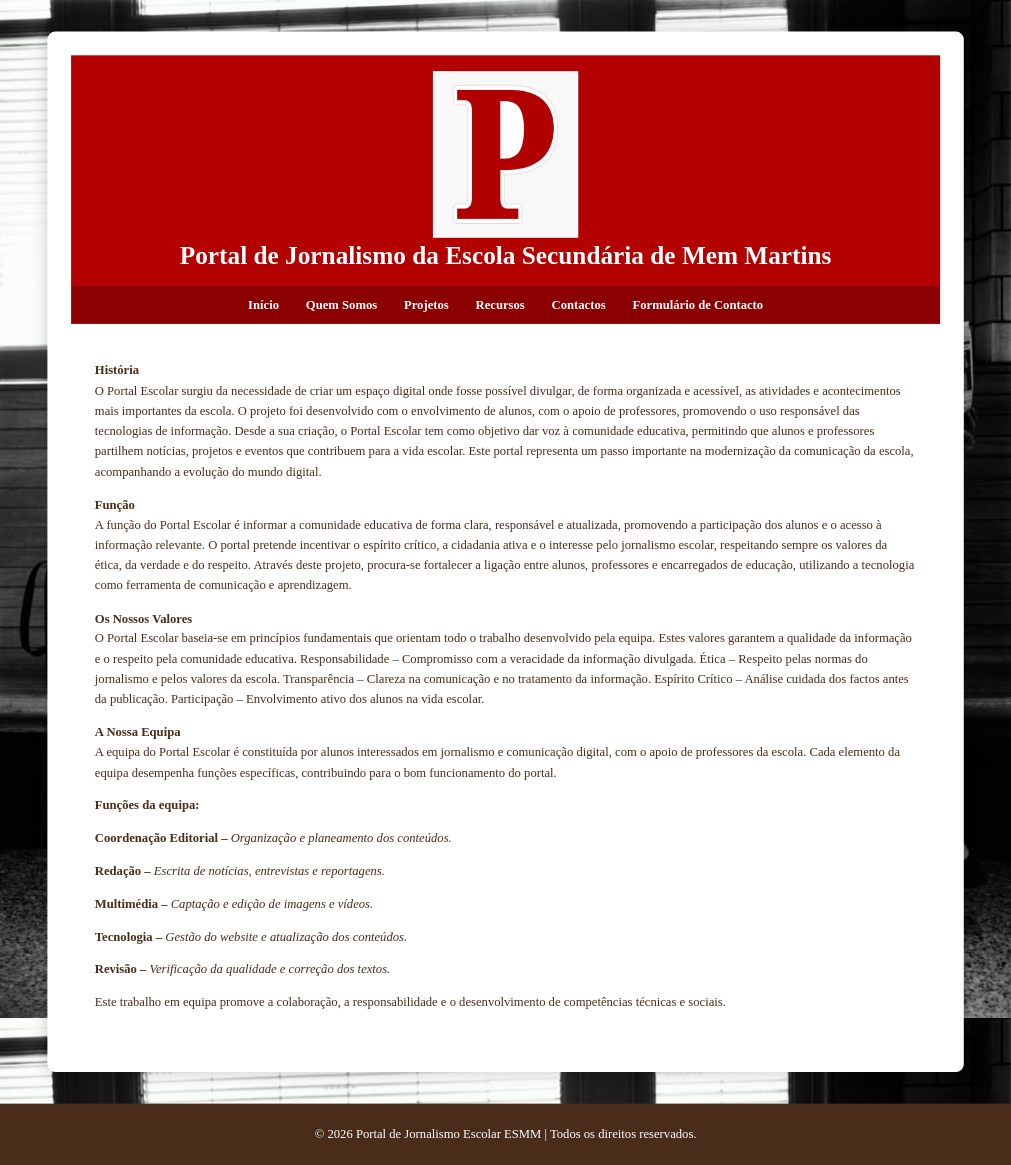
Repository: Sofiampsantos/Portal-de-Jornalismo-Escolar
Page: ProjetoProgV2/FormularioContacto/src/main/webapp/quem_somos.html
These files come from the project's save history. The page is drawn as it stood at one moment and after the next save; the edit follows.
The browser window is 1280 px wide. The pictures show the whole page, at 79% of full size.
Backgrounds fixed to the window are drawn as part of the page. Some web fonts or font styles are not loaded; a fallback is used.

Above is the page before, as saved 2026-05-23 20:01:44.
Console error: TypeError: Cannot set properties of null (setting 'innerText')

After the next save:
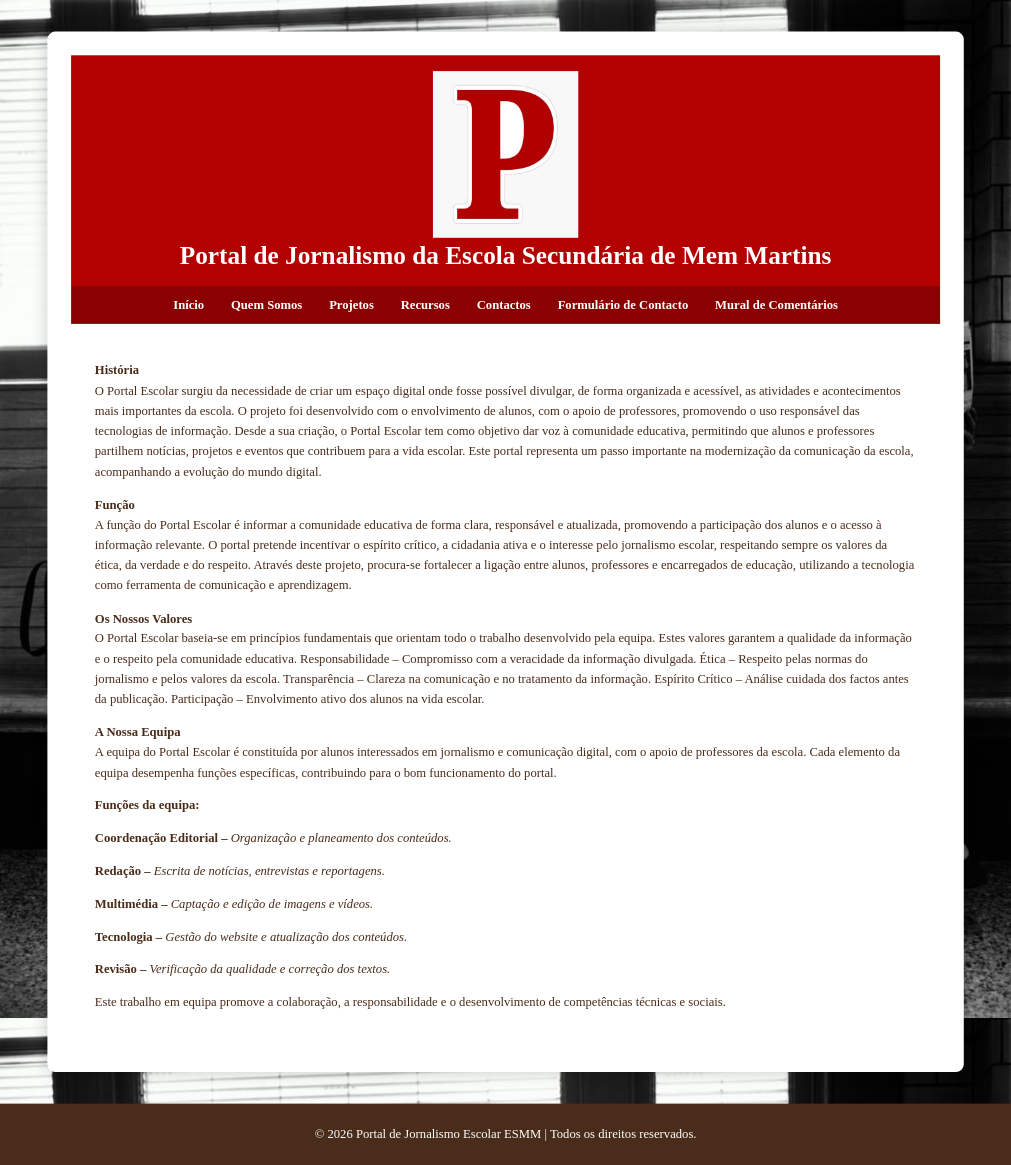
Saved 9 s later.
--- a/ProjetoProgV2/FormularioContacto/src/main/webapp/quem_somos.html
+++ b/ProjetoProgV2/FormularioContacto/src/main/webapp/quem_somos.html
@@ -22,14 +22,15 @@
 </header>
 
 <nav id="navegacao">
-		<ul>
-			<li><a href="index.html">Início</a></li>
-			<li><a href="quem_somos.html">Quem Somos</a></li>
-			<li><a href="projetos.html">Projetos</a></li>
-			<li><a href="recursos.html">Recursos</a></li>
-			<li><a href="contactos.html">Contactos</a></li>
-			<li><a href="contato.jsp">Formulário de Contacto</a></li>
-		</ul>
+    <ul>
+        <li><a href="index.html">Início</a></li>
+        <li><a href="quem_somos.html">Quem Somos</a></li>
+        <li><a href="projetos.html">Projetos</a></li>
+        <li><a href="recursos.html">Recursos</a></li>
+        <li><a href="contactos.html">Contactos</a></li>
+        <li><a href="contato.jsp">Formulário de Contacto</a></li>
+        <li><a href="ListarComentariosServlet">Mural de Comentários</a></li>
+    </ul>
 </nav>
 <section id="conteudo">
 	<p>
